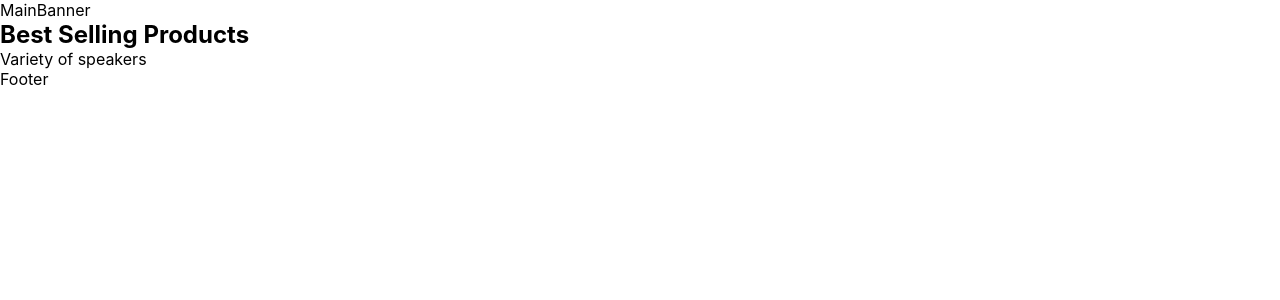
Repository: Ayush-dixit-15/AD_Headphones
Page: /
These files come from the project's save history. The page is drawn as it stood at one moment and after the next save; the edit follows.
The browser window is 1280 px wide. The pictures show the whole page.
The project was rebuilt for these pictures with package versions that can differ from the ones it lists, and the page was loaded fresh each time. The framework's server and built-in components were replaced by stand-ins that run in the browser. Also part of the build but not shown: next.config.js.

Above is the page before, as saved 2022-07-20 02:29:00.

After the next save:
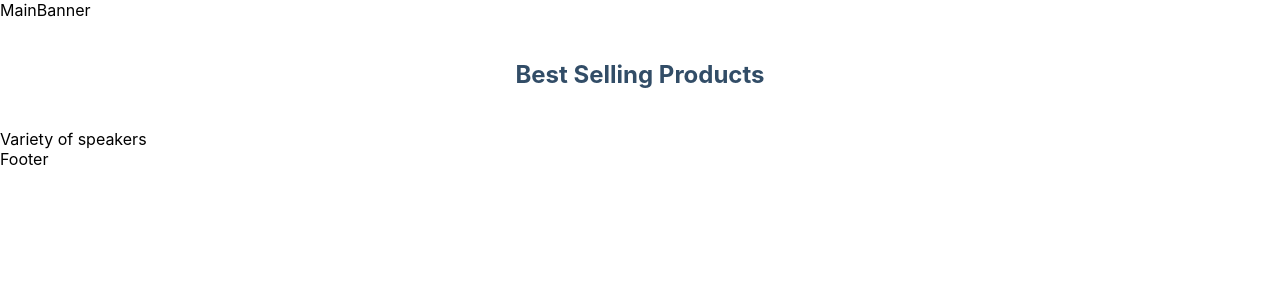
Saved 98 s later.
--- a/pages/index.js
+++ b/pages/index.js
@@ -6,7 +6,7 @@ const Home = () => {
         MainBanner
 
         <div>
-          <h2>
+          <h2 className='products-heading'>
             Best Selling Products
           </h2>
           <p>
